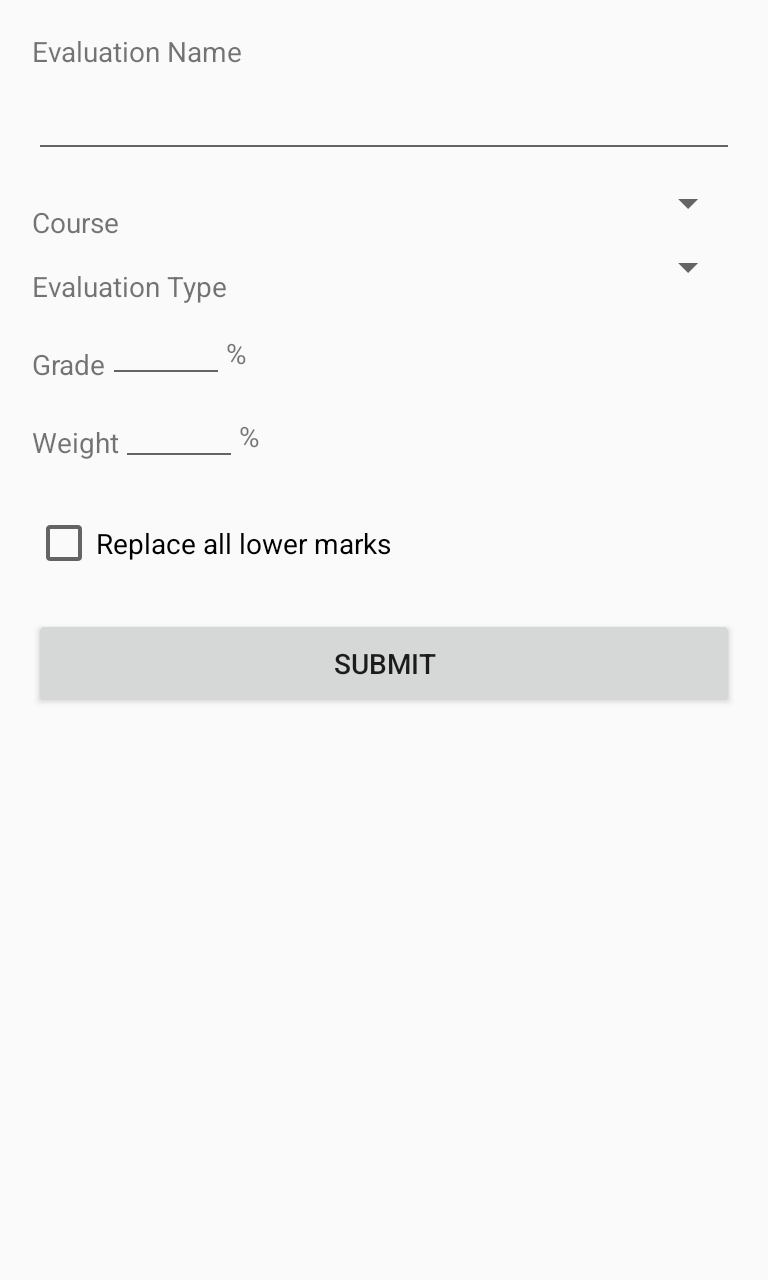
Repository: Tenergy05/GradePlanner
Layout: GradePlanner/res/layout/activity_add_mark.xml
These files come from the project's save history. The layout is drawn as it stood at one moment and after the next save; the edit follows.
It is drawn on a 768 x 1280 px phone screen (xhdpi) without system bars, with theme AppTheme; the app's code is not run.

Above is the layout before, as saved 2014-12-30 22:18:10.

After the next save:
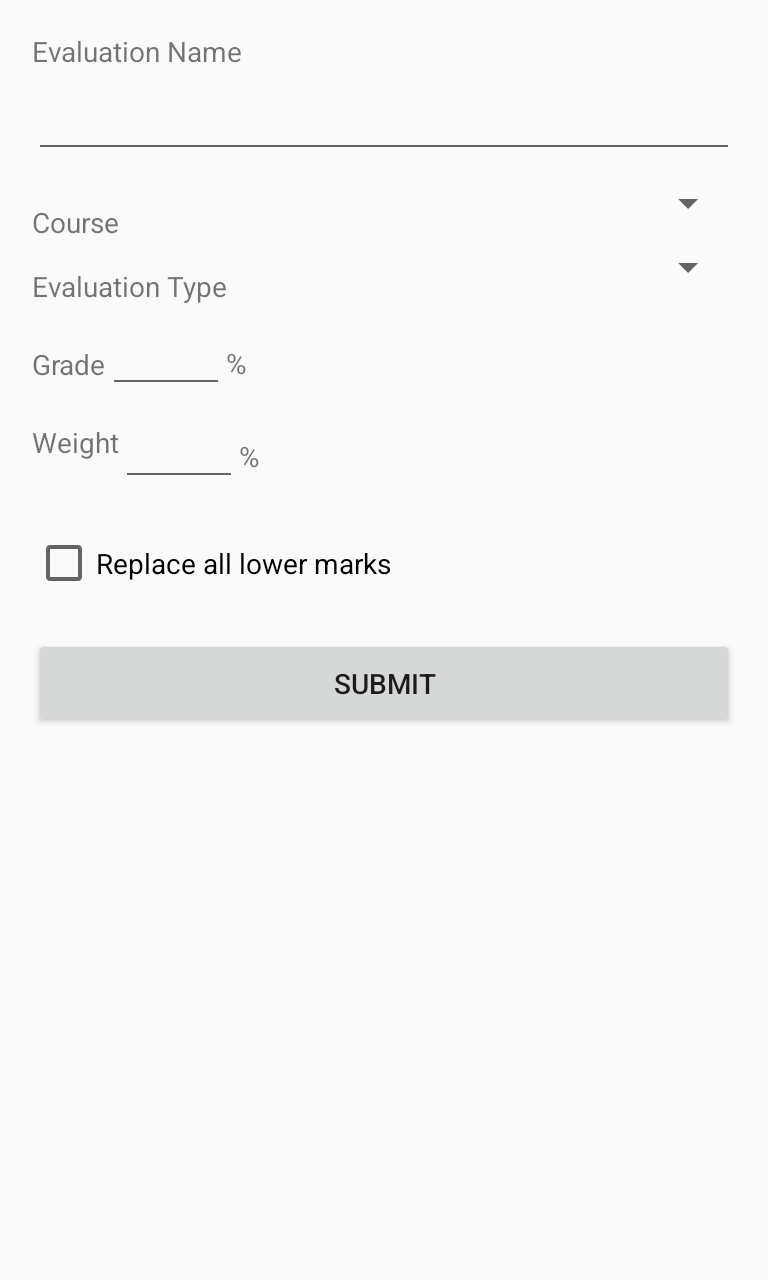
Saved 113 s later.
--- a/GradePlanner/res/layout/activity_add_mark.xml
+++ b/GradePlanner/res/layout/activity_add_mark.xml
@@ -77,6 +77,7 @@
         android:layout_height="wrap_content"
         android:layout_toRightOf="@+id/textView4"
         android:layout_below="@+id/textView3"
+        android:layout_marginTop="5dp"
         android:ems="10"
         android:maxLength="3"
         android:inputType="number" />
@@ -105,6 +106,7 @@
         android:layout_height="wrap_content"
         android:layout_below="@+id/editText2"
         android:layout_toRightOf="@+id/textView5"
+        android:layout_marginTop="5dp"
         android:width="60dp"
         android:maxLength="3"
         android:ems="10"
